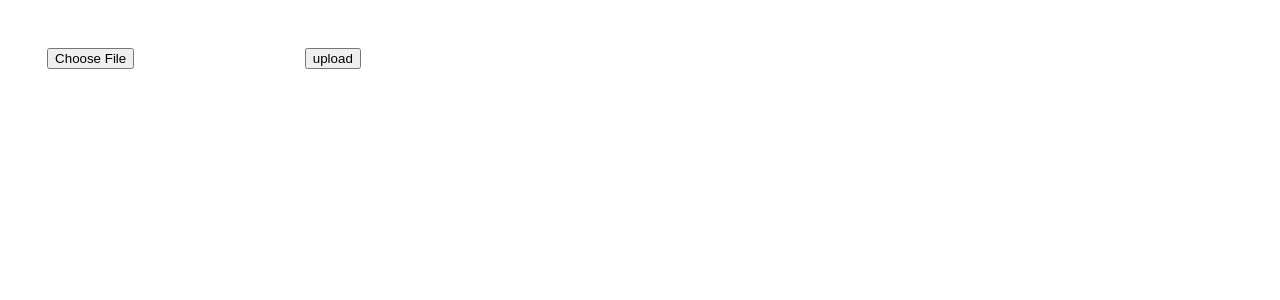
Repository: porivas/140630_Java
Page: http://localhost/Day1001mini01/upload
The author's editor kept a copy of each file at every save. The page is drawn from the files as they stood at one save, then again after the next save.
The browser window is 1280 px wide. The pictures show the whole page.
The page is served by Tomcat 9.

Above is the page before, as saved 2014-10-02 09:55:38.

After the next save:
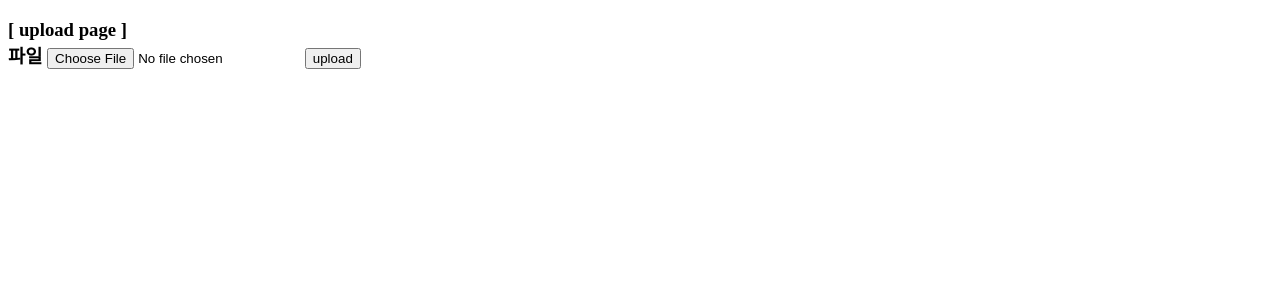
Saved 12 s later.
--- a/Day1001mini01/WebContent/WEB-INF/jsp/uploadPage.jsp
+++ b/Day1001mini01/WebContent/WEB-INF/jsp/uploadPage.jsp
@@ -7,7 +7,7 @@
 <meta http-equiv="Content-Type" content="text/html; charset=UTF-8">
     </head>
     <body>
-    	<h3><font color='white'> [ upload page ]
+    	<h3> [ upload page ]
 
 	<form method="post" action="upload" enctype="multipart/form-data" >
 	파일 <input type = "file" name="filename">
